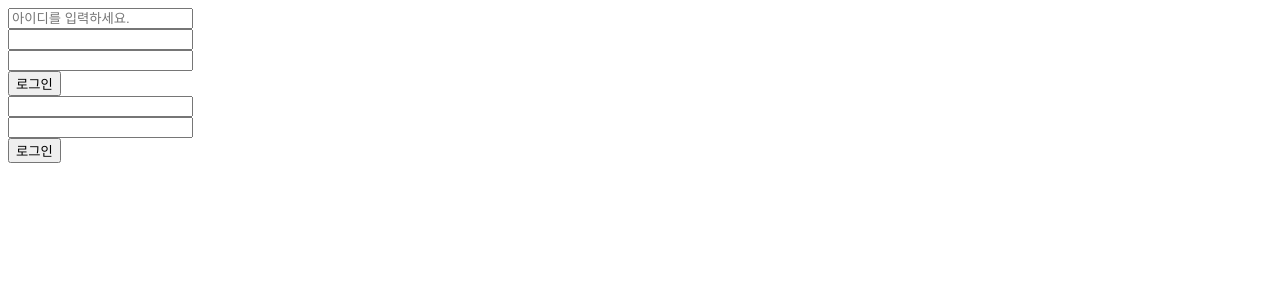
Repository: Chojaejun/javastudy
Page: HelloWorld/WebContent/c.html
These files come from the project's save history. The page is drawn as it stood at one moment and after the next save; the edit follows.
The browser window is 1280 px wide. The pictures show the whole page.

Above is the page before, as saved 2020-12-04 06:50:18.

After the next save:
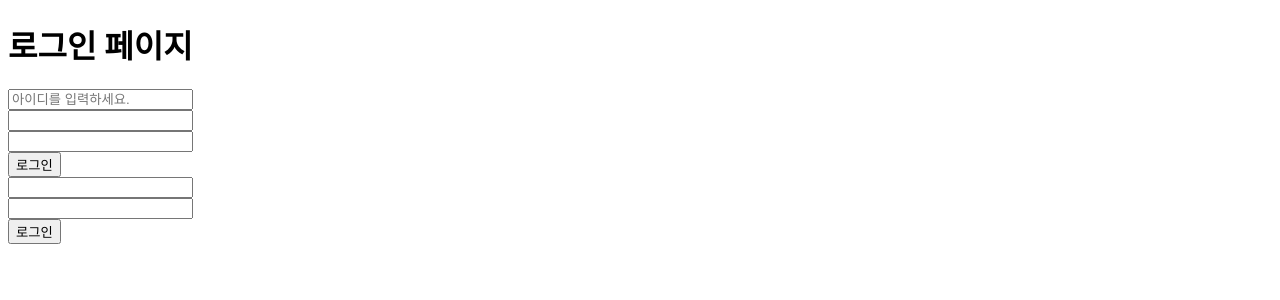
Saved 3 min 13 s later.
--- a/HelloWorld/WebContent/c.html
+++ b/HelloWorld/WebContent/c.html
@@ -5,6 +5,8 @@
 <title>Insert title here</title>
 </head>
 <body>
+
+<h1>로그인 페이지</h1>
 
 <input placeholder="아이디를 입력하세요.">
 
